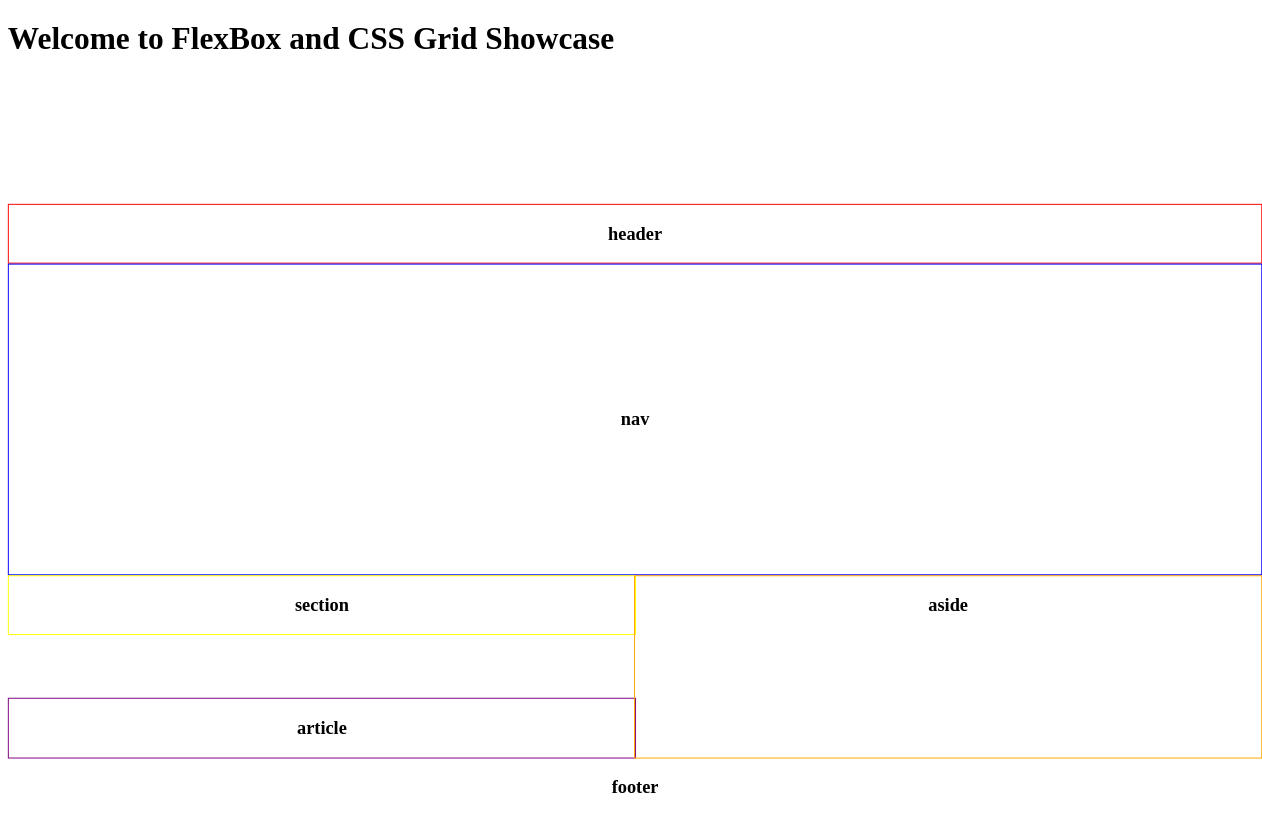
Repository: Awhit-commits/CSS_GRID_AND_FLEXBOX_LESSON
Page: index.html
The author's editor kept a copy of each file at every save. The page is drawn from the files as they stood at one save, then again after the next save.
The browser window is 1280 px wide. The page is 1288 px wide, so the pictures cover 1288 px, including what lies to the right of the window. The pictures show the whole page, at 98% of full size.

Above is the page before, as saved 2020-12-21 18:34:01.

### index.html
<!DOCTYPE html>
<html lang="en">

<head>
    <meta charset="UTF-8">
    <meta name="viewport" content="width=device-width, initial-scale=1.0">
    <title>Document</title>
    <link rel="stylesheet" href="style.css">
</head>

<body>
    <h1>Welcome to FlexBox and CSS Grid Showcase</h1>
    <div class="containerFlex">
        <div class="headerArea">
            <div class="header">
                <h3>header</h3>

            </div>
            <div class="nav">
                <h3>nav</h3>
            </div>
        </div>
        <div class="main">
            <div class="mainArea">
            <div class="section">
                <h3>section</h3>
            </div>
            <div class="article">
                <h3>article</h3>
            </div>
            </div>

            <div class="aside">
                <h3>aside</h3>
            </div>
        </div>
        <div class="footer">
            <h3>footer</h3>
        </div>
    </div>
    <script src="script.js"></script>
</body>

</html>

### style.css
body{
    width: 100%;
}
.containerFlex {
    display: flex;
    flex-direction: column;
    /* flex-wrap: nowrap; */
    /* justify-content: space-between; */
    text-align: center;
    /* text-align: center; */

}

.main{
    /* align-self: start; */

    display: flex;
    flex-direction:row;
    /* flex-grow: 1; */
    flex: 1 1 auto;
    /* width: 100%; */

}
.headerArea{
    /* display: flex; */
    /* flex-direction: column; */
    /* justify-content:center */
    /* width: 100%; */

}
.mainArea{
    display: flex;
    flex-direction: column;
    width:100%;
    align-items:flex-start;
    text-align: center;
    /* flex: 2 auto; */
}
.header{
    /* flex: 1 1 auto; */
    /* padding: 10%; */
    margin-top: 10%;
    border: 1px solid red;
    /* width: 100%; */
}

.nav{
    /* flex: 1 auto; */
    /* margin:5% 0; */
    padding:10% 0;
    border: 1px solid blue;
    /* width: 100%; */
}

.article{
    border: 1px purple solid;
    width: 100%;
}
.aside{
    /* display: flex; */
    /* align-items:center; */
    align-items:center;
    /* text-align: center; */
    justify-content:flex-end;
    /* margin-right: 10%; */
    border: 1px orange solid;
    width: 100%;


}
.section{
    width: 100%;
    border: 1px yellow solid;
    margin-bottom: 10%;
}

.footer{
    display: flex;
    align-items: center;
    flex-direction: column;
}

### script.js
console.log(`Hello World`);

After the next save:
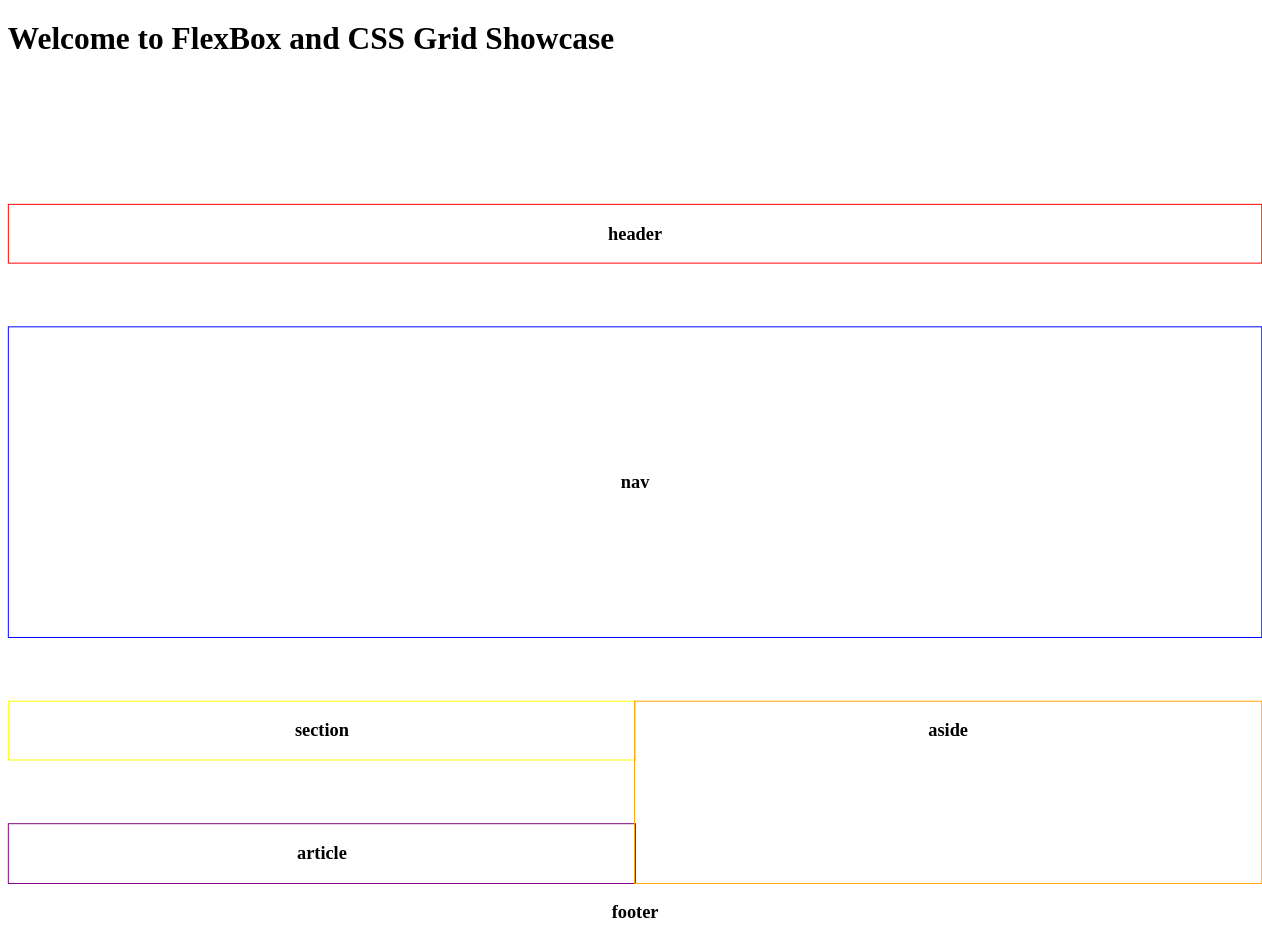
Saved 6 s later.
--- a/style.css
+++ b/style.css
@@ -46,7 +46,7 @@ body{
 
 .nav{
     /* flex: 1 auto; */
-    /* margin:5% 0; */
+    margin:5% 0;
     padding:10% 0;
     border: 1px solid blue;
     /* width: 100%; */
